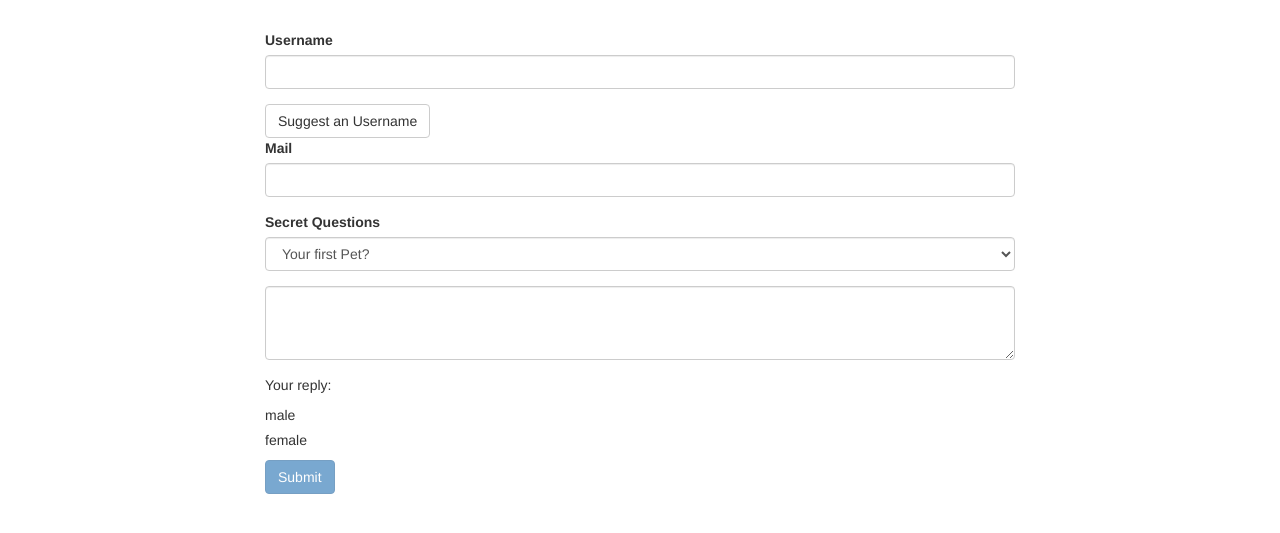
Repository: NikitasX/AngularCourse
Page: / (app in forms-start/)
The author's editor kept a copy of each file at every save. The page is drawn from the files as they stood at one save, then again after a run of saves.
The browser window is 1280 px wide. The pictures show the whole page.
The project was rebuilt for these pictures with package versions that can differ from the ones it lists, and the page was loaded fresh each time. Also part of the build but not shown: forms-start/angular.json.

Above is the page before, as saved 2020-09-25 15:58:04.

### forms-start/src/app/app.component.ts
import { Component, ViewChild } from '@angular/core';
import { NgForm } from '@angular/forms';

@Component({
  selector: 'app-root',
  templateUrl: './app.component.html',
  styleUrls: ['./app.component.css']
})
export class AppComponent {
@ViewChild('f') signupForm:NgForm;
defaultQuestion = 'pet';
answer = '';
genders = ['male', 'female'];

  suggestUserName() {
    const suggestedName = 'Superuser';
  }

  // onSubmit(form: NgForm) {
  //   console.log(form);
  // }

  onSubmit() {
    console.log(this.signupForm);
  }
}

### forms-start/src/app/app.component.html
<div class="container">
  <div class="row">
    <div class="col-xs-12 col-sm-10 col-md-8 col-sm-offset-1 col-md-offset-2">
      <form (ngSubmit)="onSubmit()" #f="ngForm">
        <div
          id="user-data"
          ngModelGroup="userData"
          #userData="ngModelGroup">
          <div class="form-group">
            <label for="username">Username</label>
            <input
              type="text"
              id="username"
              class="form-control"
              ngModel
              name="username"
              required>
          </div>
          <button class="btn btn-default" type="button">Suggest an Username</button>
          <div class="form-group">
            <label for="email">Mail</label>
            <input
              type="email"
              id="email"
              class="form-control"
              ngModel
              name="email"
              required
              email
              #email="ngModel">
             <span
              class="help-block"
              *ngIf="!email.valid && email.touched">
                Please enter a valid email!
              </span>
          </div>
        </div>
        <p *ngIf="!userData.valid && userData.touched">User data is invalid</p>
        <div class="form-group">
          <label for="secret">Secret Questions</label>
          <select
            id="secret"
            class="form-control"
            [ngModel]="defaultQuestion"
            name="secret">
            <option value="pet">Your first Pet?</option>
            <option value="teacher">Your first teacher?</option>
          </select>
        </div>
        <div class="form-group">
          <textarea
          class="form-control"
          name="questionAnswer"
          rows="3"
          [(ngModel)]="answer"></textarea>
        </div>
        <p>Your reply: {{ answer }}</p>

        <div class="radio" *ngFor="let gender of genders">
          {{ gender }}</div>
        <button
          class="btn btn-primary"
          type="submit"
          [disabled]="!f.valid">Submit</button>
      </form>
    </div>
  </div>
</div>

Loaded but not shown: forms-start/src/index.html (common file); forms-start/src/styles.css (common file); forms-start/src/main.ts (common file); forms-start/src/app/app.module.ts (common file); forms-start/src/environments/environment.ts (common file); forms-start/src/app/app.component.css (common file)

After the next 2 saves:
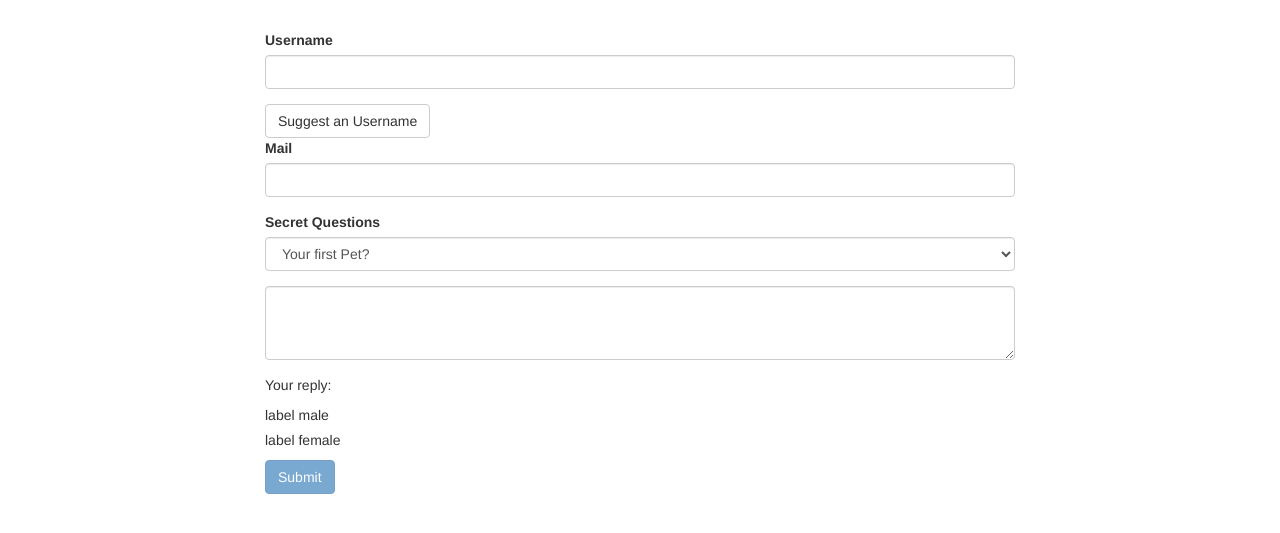
The 2 saves are shown as one change because they came seconds apart.
The last was saved 8 s later.
--- a/forms-start/src/app/app.component.html
+++ b/forms-start/src/app/app.component.html
@@ -57,7 +57,9 @@
         <p>Your reply: {{ answer }}</p>
 
         <div class="radio" *ngFor="let gender of genders">
-          {{ gender }}</div>
+          label
+          {{ gender }}
+        </div>
         <button
           class="btn btn-primary"
           type="submit"
